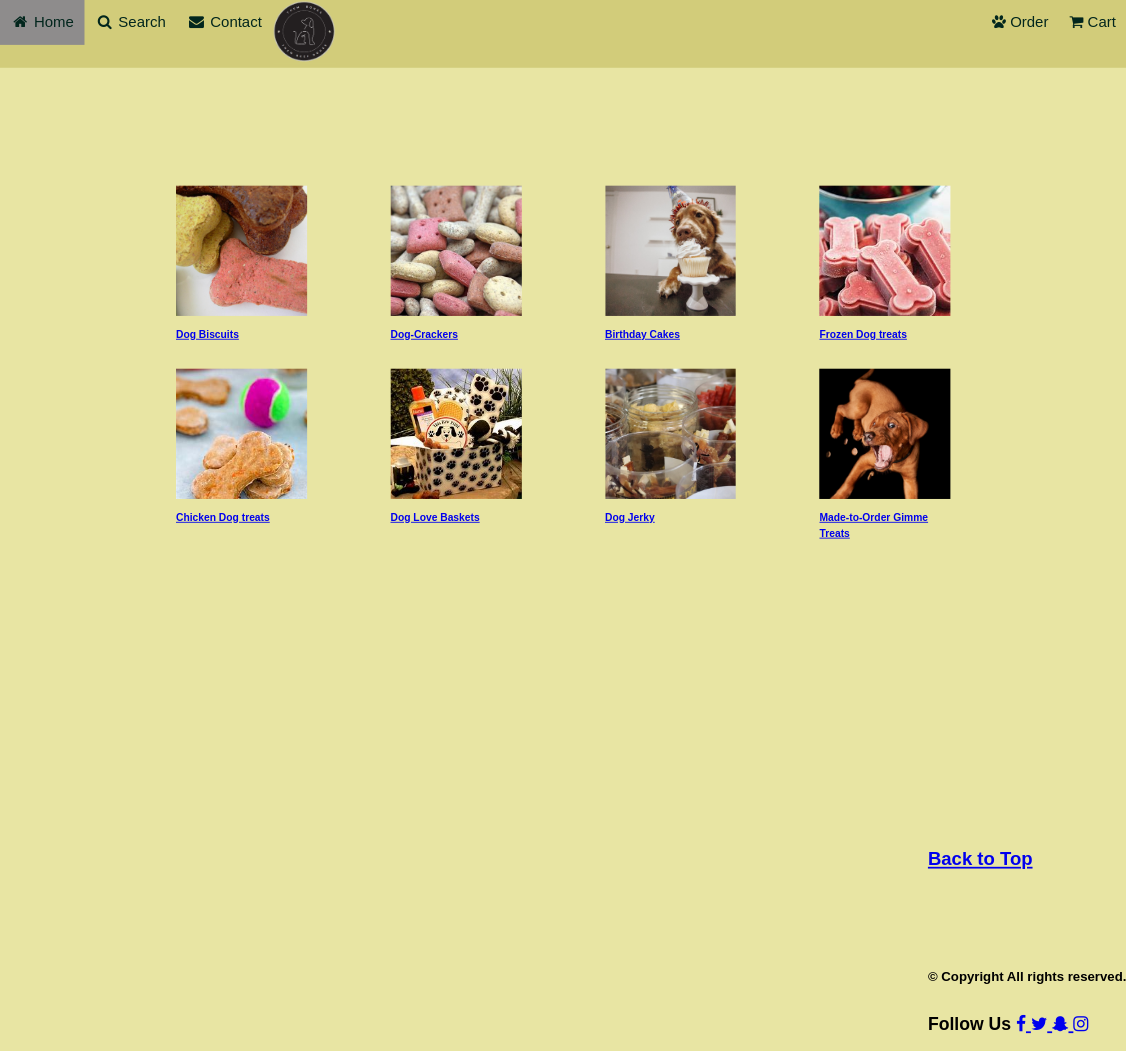
Repository: vgoins-RA2022/HTML-1
Page: index.html
These files come from the project's save history. The page is drawn as it stood at one moment and after the next save; the edit follows.
The browser window is 1280 px wide. The pictures show the whole page, at 88% of full size.

Above is the page before, as saved 2023-01-21 18:19:22.

After the next save:
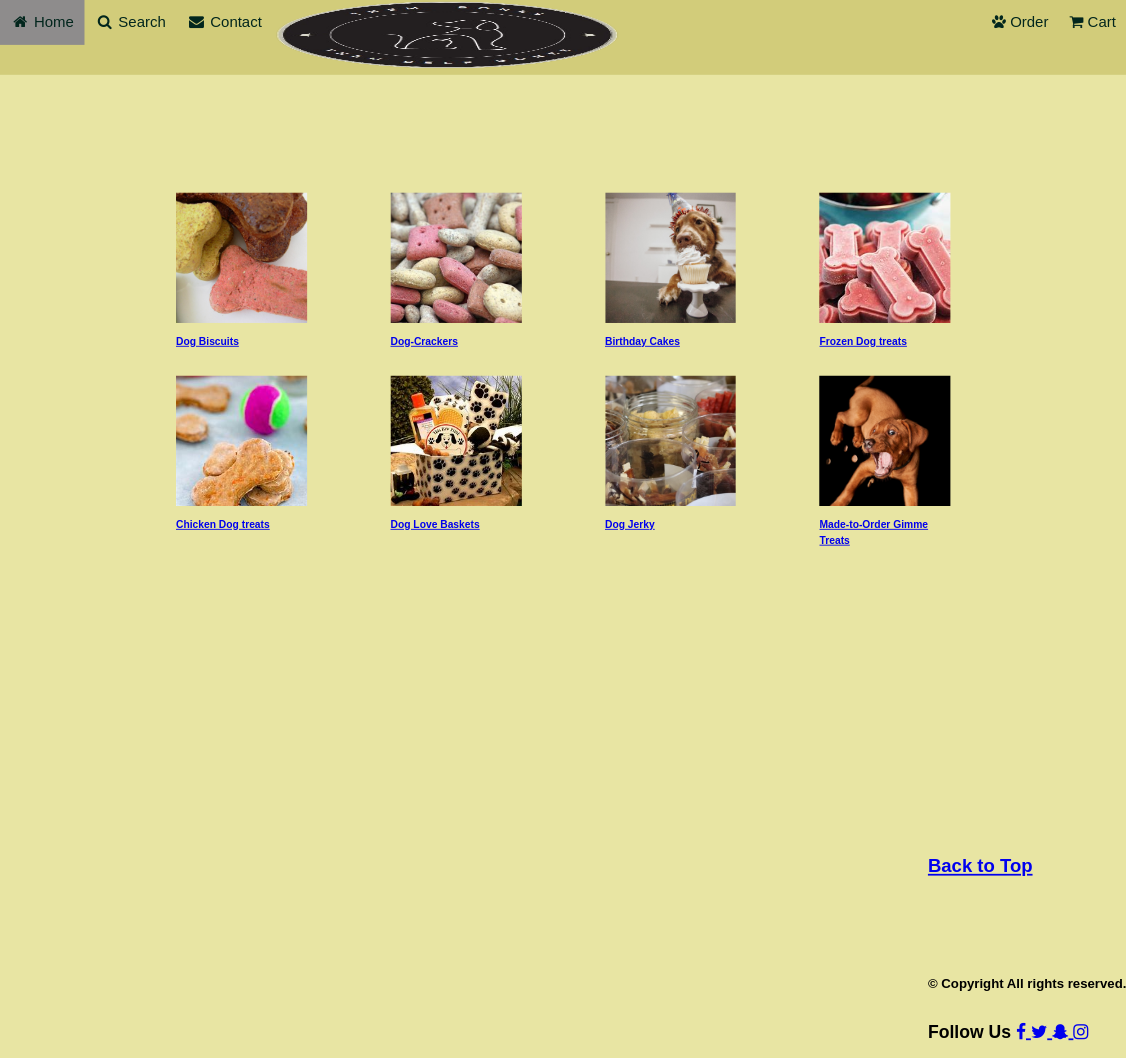
Saved 23 s later.
--- a/src/css/Style.css
+++ b/src/css/Style.css
@@ -21,6 +21,7 @@
 .right-menu {
   grid-column: -1;
 }
+format logo position
 .logo {
   grid-column: 3;
   grid-area: logo;

After the 2 saves that followed:
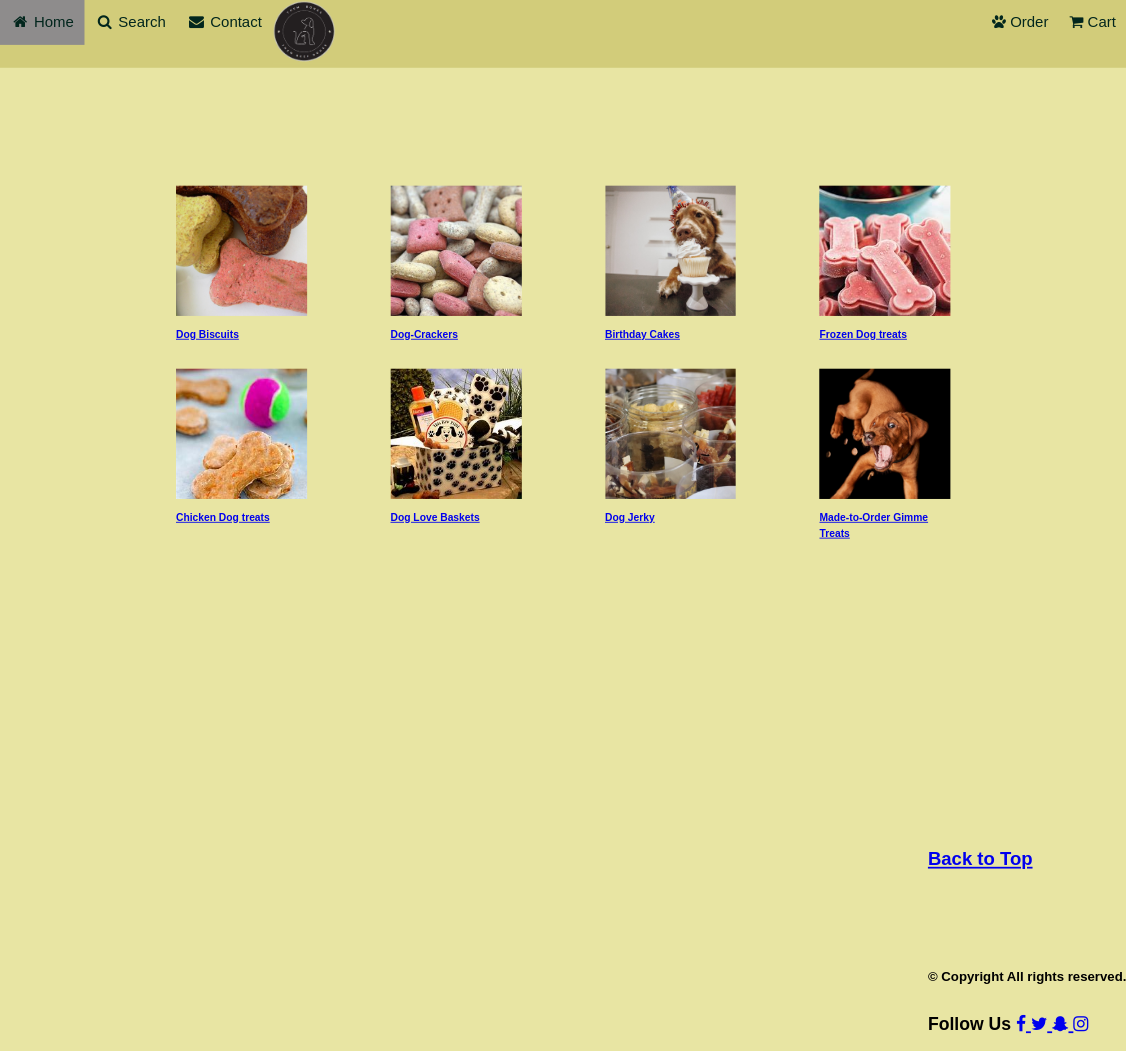
The 2 saves are shown as one change because they came seconds apart.
The last was saved 14 s later.
--- a/src/css/Style.css
+++ b/src/css/Style.css
@@ -21,7 +21,7 @@
 .right-menu {
   grid-column: -1;
 }
-format logo position
+/* format logo position, width and height */
 .logo {
   grid-column: 3;
   grid-area: logo;
